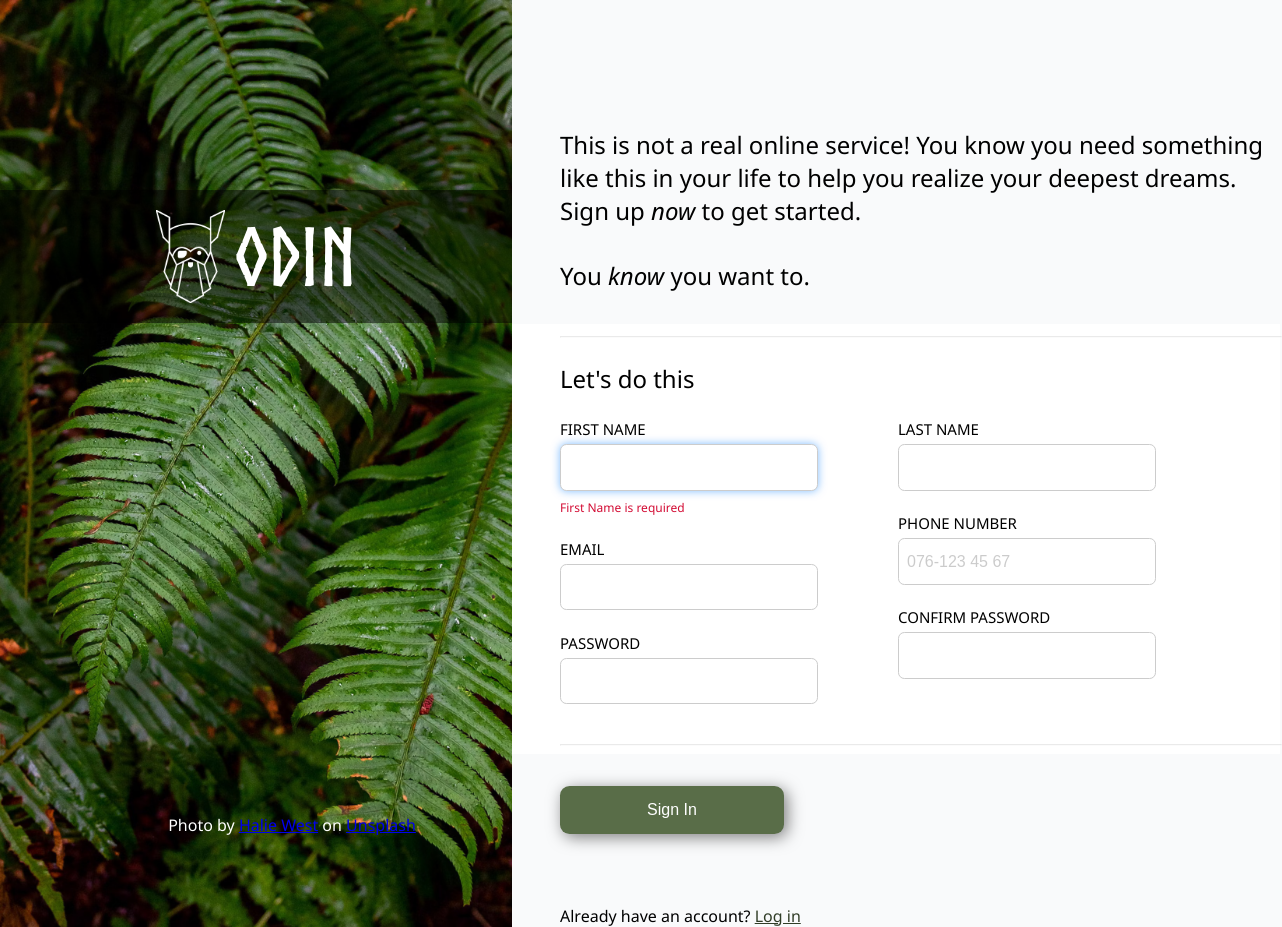
Repository: fed26sto-fundamentals/sign-up-form-odai-dh
Page: index.html
The author's editor kept a copy of each file at every save. The page is drawn from the files as they stood at one save, then again after a run of saves.
The browser window is 1280 px wide. The page is 1282 px wide, so the pictures cover 1282 px, including what lies to the right of the window. The pictures show the whole page.
The first visible `input` has the focus.

Above is the page before, as saved 2024-10-01 14:34:54.

### index.html
<!DOCTYPE html>
<html lang="en">

<head>
    <meta charset="UTF-8">
    <meta name="viewport" content="width=device-width, initial-scale=1.0">
    <link href="styles.css" rel="stylesheet" />
    <title>Document</title>
</head>

<body>
    <div class="leftSide">
        <div class="odinLogo">
            <img src="/img/odin-lined.png" alt="odin logo">
            <p>ODIN</p>
        </div>
        <div class="leftSideFoot">
            <p>Photo by <a href="https://unsplash.com/@haliewestphoto" target="_blank">Halie West</a> on <a
                    href="https://unsplash.com/" target="_blank">Unsplash</a></p>

        </div>
    </div>
    <div class="rightSide">
        <div class="textR">
            <p>This is not a real online service! You know you need something like this in your life to help you realize
                your deepest dreams. Sign up <em>now</em> to get started.</p>
        </div>
        <div class="textRs">
            <p> You <em>know</em> you want to.</p>
        </div>
        <div class="form">
            <form action="#" class="form">
                <div class="formTitle">
        <hr id="line">
                    <p>Let's do this</p>
                </div>
                <div class="formStart">
                    <div class="cill1">
                        <div class="firstN">
                            <label for="firstN">FIRST NAME</label>
                            <input type="text" id="firstN" class="required" name="firstName" required>
                            <span class="error-message" aria-live="polite">First Name is required</span>
                        </div>
                        <div class="emailIn">
                            <label for="emailIn">EMAIL</label>
                            <input type="email" id="emailIn" class="required" name="email" required>
                            <span class="error-message" aria-live="polite">Email is required</span>
                        </div>
                        <div class="passwordIn">
                            <label for="passwordIn">PASSWORD</label>
                            <input type="password" id="passwordIn" class="required" name="password" required minlength="8" maxlength="16">
                            <span class="error-message" aria-live="polite">Password must be between 8 and 16 characters.</span>
                        </div>
                    </div>
                    <div class="cill2">
                        <div class="lastN">
                            <label for="lastN">LAST NAME</label>
                            <input type="text" id="lastN" class="required" name="lastName" required>
                            <span class="error-message" aria-live="polite">Last Name is required</span>
                        </div>
                        <div class="nummber">
                            <label for="number">PHONE NUMBER</label>
                            <input type="tel" id="number" class="required" name="phoneNumber" pattern="076-[0-9]{3} [0-9]{2} [0-9]{2}" placeholder="076-123 45 67" required>
                            <span class="error-message" aria-live="polite">Please enter a valid phone number.</span>
                        </div>
                        <div class="passwordCon">
                            <label for="passwordCon">CONFIRM PASSWORD</label>
                            <input type="password" id="passwordCon" class="required" name="confirmPassword" required minlength="8" maxlength="16">
                            <span class="error-message" aria-live="polite">Password do Not match</span>
                        </div>
                    </div>
                </div>
                <hr id="line">
        </div>

        <div class="submtion">
            <button id="forSubmtion"> Sign In</button>
            <div id="forSubmtionError"></div>
            <p>
                Already have an account? <a href="">Log in</a>
            </p>
        </div>
        </form>
    </div>
</body>

</html>

### styles.css
@font-face {
    font-family: 'NorseBold';
    src: url('../fonts/Norse-Bold.otf') format('opentype');

}

body {
    font-family: 'Segoe UI', Tahoma, Geneva, Verdana, sans-serif;
    display: flex;
    align-content: center;
    min-height: 100vh;
    margin: 0;
    padding: 0px;
    height: 100%;
    background-color: #F9FAFB;
    ;

}



.leftSide {
    background: url(/img/green.jpg) no-repeat;
    border: 0;
    width: 40%;
    align-content: center;
    background-size: cover;
    background-position: center;

}

.odinLogo {
    display: flex;
    justify-content: center;
    align-items: center;
    height: 10%;
    padding: 20px;
    gap: 10px;
    background-color: rgba(0, 0, 0, 0.5);
    position: relative;
    top: -25vh;
}

.odinLogo img {
    height: 100%;
}

.odinLogo p {
    color: white;
    font-size: 80px;
    font-family: 'NorseBold', sans-serif;
}


.leftSideFoot {
    display: flex;
    justify-self: center;
    position: relative;
    bottom: -41vh;
    left: 5vh;
}

.leftSideFoot p {
    color: rgb(255, 255, 255);
}

.leftSideFoot a:visited {
    color: rgb(199, 201, 221);
}

.leftSideFoot a:hover {
    color: rgb(187, 131, 239);
    transition: 0.5s;
}




.rightSide {
    display: flex;
    flex-direction: column;
    gap: 2rem;
}


.rightSide>div {
    padding-left: 3rem;
}

.rightSide>div>p {
    margin-top: 0;
    margin-bottom: 0;
}

.textR,
.textRs,
.formTitle {
    font-size: 1.5rem;
}

.textR {
    margin-top: 8rem;
}

.form{
    background-color: rgb(255, 255, 255);
}
.formStart {
    display: flex;
    justify-content: left;
    gap: 5rem;
    flex-wrap: wrap;
}

.formStart div {
    display: flex;
    flex-direction: column;
    gap: 1.4rem;
}

.formStart>div {
    margin-bottom: 2rem;
}

.formStart div div label {
    font-size: 15px;
}

.formStart div div input {
    width: 100%;
}
#line{
    width: 100%;
    opacity: 0.2;

}
input:focus {
    border: 2px solid #007BFF;
    box-shadow: 0 0 8px rgba(0, 123, 255, 0.5);
    outline: none;
}
input:focus, textarea:focus, select:focus {
    border: 2px solid #007BFF;
    box-shadow: 0 0 8px rgba(0, 123, 255, 0.5);
    outline: none;
}



.error-message {
    display: none;
    color: #d30c34;
    font-size: 12px;
    margin-top: -5px;
}

input:not(:focus):invalid+.error-message {
    display: none;
}

input:invalid+.error-message {
    display: block;
    margin-top: 4px;
}

input::placeholder {
    color: grey;
    font-size: 16px;
    opacity: 0.4;
}


.formStart div div input {
    height: 1.8rem;
    width: 15rem;
    border: 1px solid #ccc;
    border-radius: 0.4rem;
    outline: none;
    padding: 0.5rem;
    font-size: 18px;
}

.formStart div div {
    display: flex;
    flex-direction: column;
    gap: 0.3rem;
}

.submtion {
    display: flex;
    flex-direction: column;
    gap: 2.2rem
}

.submtion a {
    color: #596D48;
}

.submtion a:visited {
    color: #313d27;
}

#forSubmtion {
    cursor: pointer;
    height: 3rem;
    width: 14rem;
    background-color: #596D48;
    color: white;
    font-size: 16px;
    border: 0px;
    border-radius: 0.6rem;
    box-shadow: 0.2rem 0.2rem 1rem rgba(0, 0, 0, 0.5);
}

After the next 2 saves:
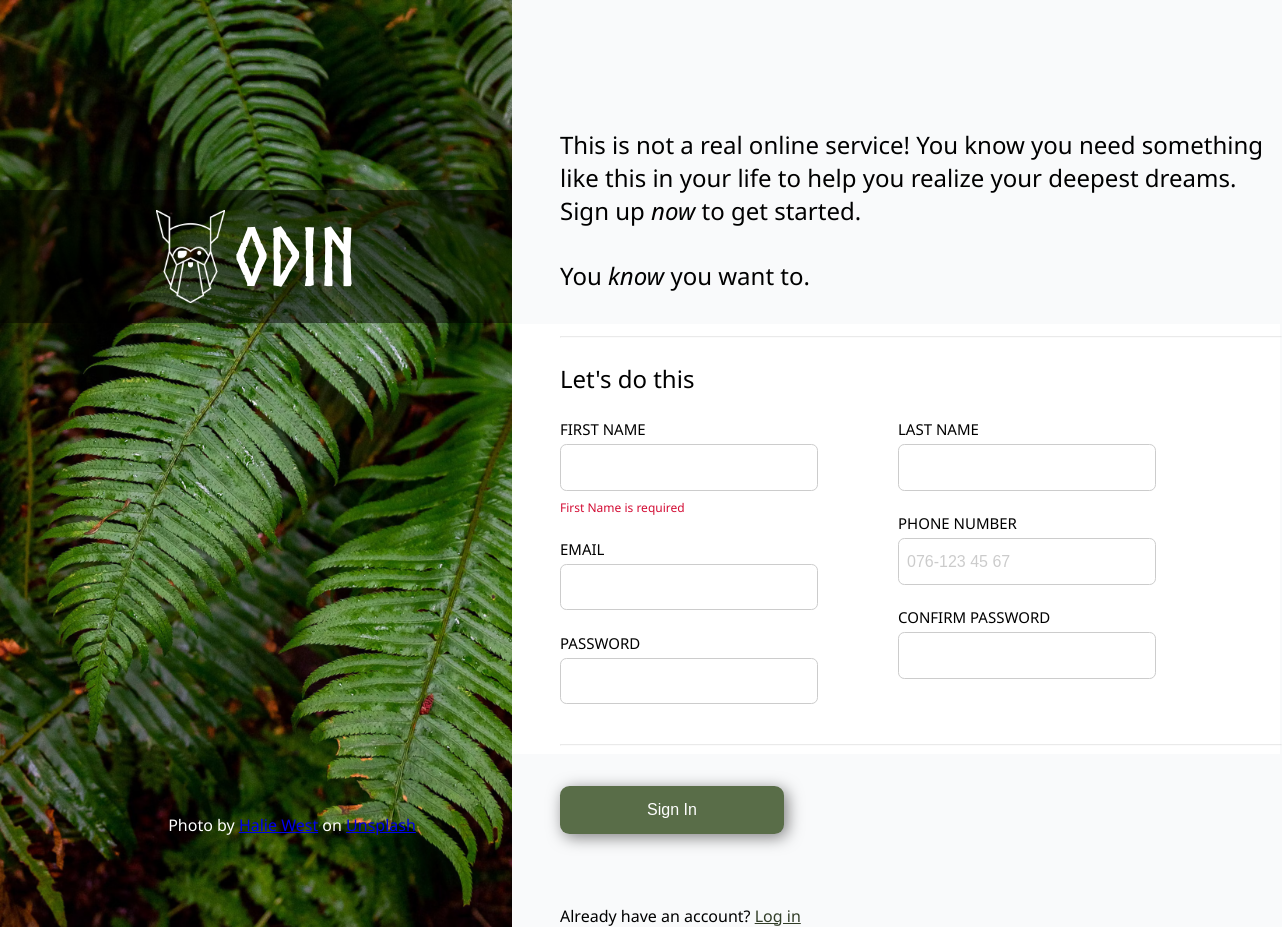
The 2 saves are shown as one change because they came seconds apart.
The last was saved 8 min 57 s later.
--- a/styles.css
+++ b/styles.css
@@ -134,15 +134,10 @@ body {
     opacity: 0.2;
 
 }
-input:focus {
-    border: 2px solid #007BFF;
-    box-shadow: 0 0 8px rgba(0, 123, 255, 0.5);
-    outline: none;
-}
-input:focus, textarea:focus, select:focus {
-    border: 2px solid #007BFF;
-    box-shadow: 0 0 8px rgba(0, 123, 255, 0.5);
-    outline: none;
+.formEntries div div input:focus{
+    border-color: #007BFF;
+    box-shadow: 0 0 5px rgba(0, 123, 255, 1);
+
 }
 
 
